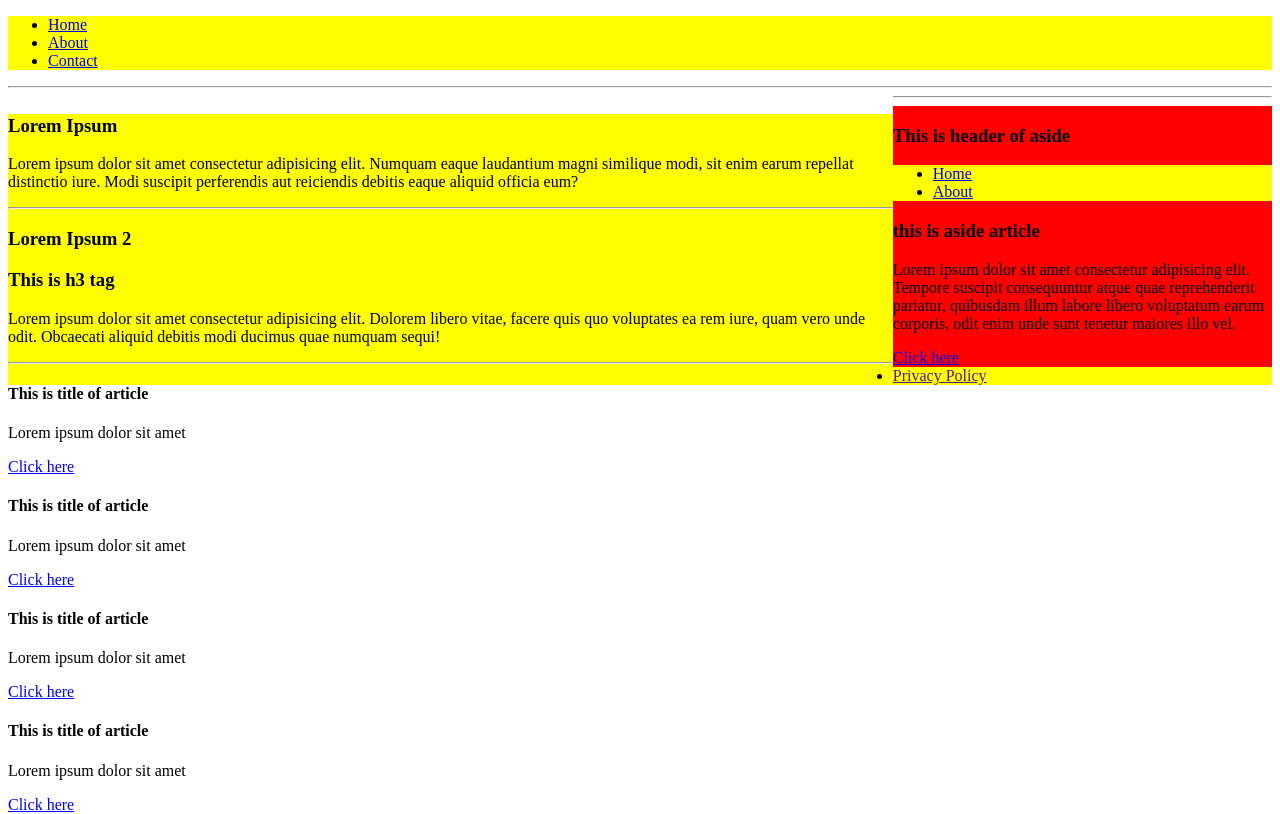
Repository: fisikusari/test-repo
Page: index.html
An editor plug-in stored every save of this project. The page is shown before and after the next save, followed by the edit.
The browser window is 1280 px wide. The pictures show the whole page.

Above is the page before, as saved 2021-11-11 18:21:56.

### index.html
<!DOCTYPE html>

<html lang="en">

<head>
  <meta charset="UTF-8">
  <meta http-equiv="X-UA-Compatible" content="IE=edge">
  <meta name="viewport" content="width=device-width, initial-scale=1.0">
  <title>Fisnik</title>
</head>
<nav>
  <ul>
    <li><a href="#">Home</a></li>
    <li><a href="about.html">About</a></li>
    <li><a href="contact.html">Contact</a></li>
  </ul>
</nav>
<style>
  nav {
    width: 100%;
    background: yellow;
  }

  .main {
    display: block;
    width: 70%;
    float: left;
  }

  aside {
    width: 30%;
    float: right;
    background-color: red;
  }

  footer {
    width: 100%;
  }
</style>

<body>
  <hr>
  <section class="main">
    <section>
      <h1>Lorem Ipsum</h1>
      <p>Lorem ipsum dolor sit amet consectetur adipisicing elit. Numquam eaque laudantium magni similique modi, sit enim earum repellat distinctio iure. Modi suscipit perferendis
        aut reiciendis debitis eaque aliquid officia eum?</p>
    </section>
    <hr>
    <section>
      <h1>Lorem Ipsum 2</h1>
      <h3>This is h3 tag</h3>
      <p>Lorem ipsum dolor sit amet consectetur adipisicing elit. Dolorem libero vitae, facere quis quo voluptates ea rem iure, quam vero unde odit. Obcaecati aliquid debitis modi
        ducimus quae numquam sequi!</p>
    </section>
    <hr>
    <section>
      <article>
        <h1>This is title of article</h1>
        <p>Lorem ipsum dolor sit amet</p>
        <a href="about.html">Click here</a>
      </article>
      <article>
        <h1>This is title of article</h1>
        <p>Lorem ipsum dolor sit amet</p>
        <a href="#">Click here</a>
      </article>
    </section>
    <section>
      <article>
        <h1>This is title of article</h1>
        <p>Lorem ipsum dolor sit amet</p>
        <a href="about.html">Click here</a>
      </article>
      <article>
        <h1>This is title of article</h1>
        <p>Lorem ipsum dolor sit amet</p>
        <a href="#">Click here</a>
      </article>
    </section>

  </section>

  <hr>
  <aside>
    <h3>This is header of aside</h3>
    <nav>
      <ul>
        <li><a href="#">Home</a></li>
        <li><a href="#">About</a></li>
      </ul>
    </nav>
    <article>
      <h1>this is aside article</h1>
      <p>Lorem ipsum dolor sit amet consectetur adipisicing elit. Tempore suscipit consequuntur atque quae reprehenderit pariatur, quibusdam illum labore libero voluptatum earum
        corporis, odit enim unde sunt tenetur maiores illo vel.</p>
      <a href="contact.html">Click here</a>
    </article>
  </aside>
  <footer>
    <nav>
      <ul>
        <li><a href="">Privacy Policy</a></li>
      </ul>
    </nav>
  </footer>
</body>

</html>

After the next save:
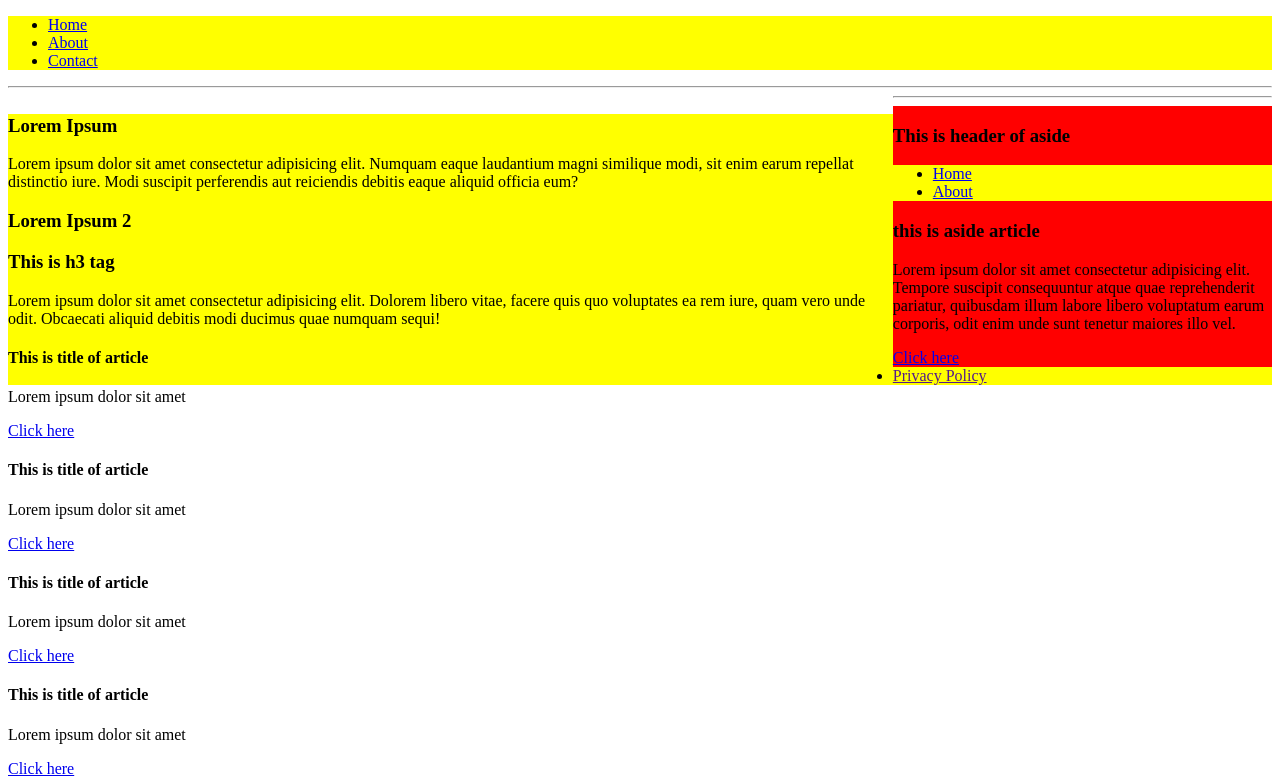
Saved 87 s later.
--- a/index.html
+++ b/index.html
@@ -46,14 +46,12 @@
       <p>Lorem ipsum dolor sit amet consectetur adipisicing elit. Numquam eaque laudantium magni similique modi, sit enim earum repellat distinctio iure. Modi suscipit perferendis
         aut reiciendis debitis eaque aliquid officia eum?</p>
     </section>
-    <hr>
     <section>
       <h1>Lorem Ipsum 2</h1>
       <h3>This is h3 tag</h3>
       <p>Lorem ipsum dolor sit amet consectetur adipisicing elit. Dolorem libero vitae, facere quis quo voluptates ea rem iure, quam vero unde odit. Obcaecati aliquid debitis modi
         ducimus quae numquam sequi!</p>
     </section>
-    <hr>
     <section>
       <article>
         <h1>This is title of article</h1>
